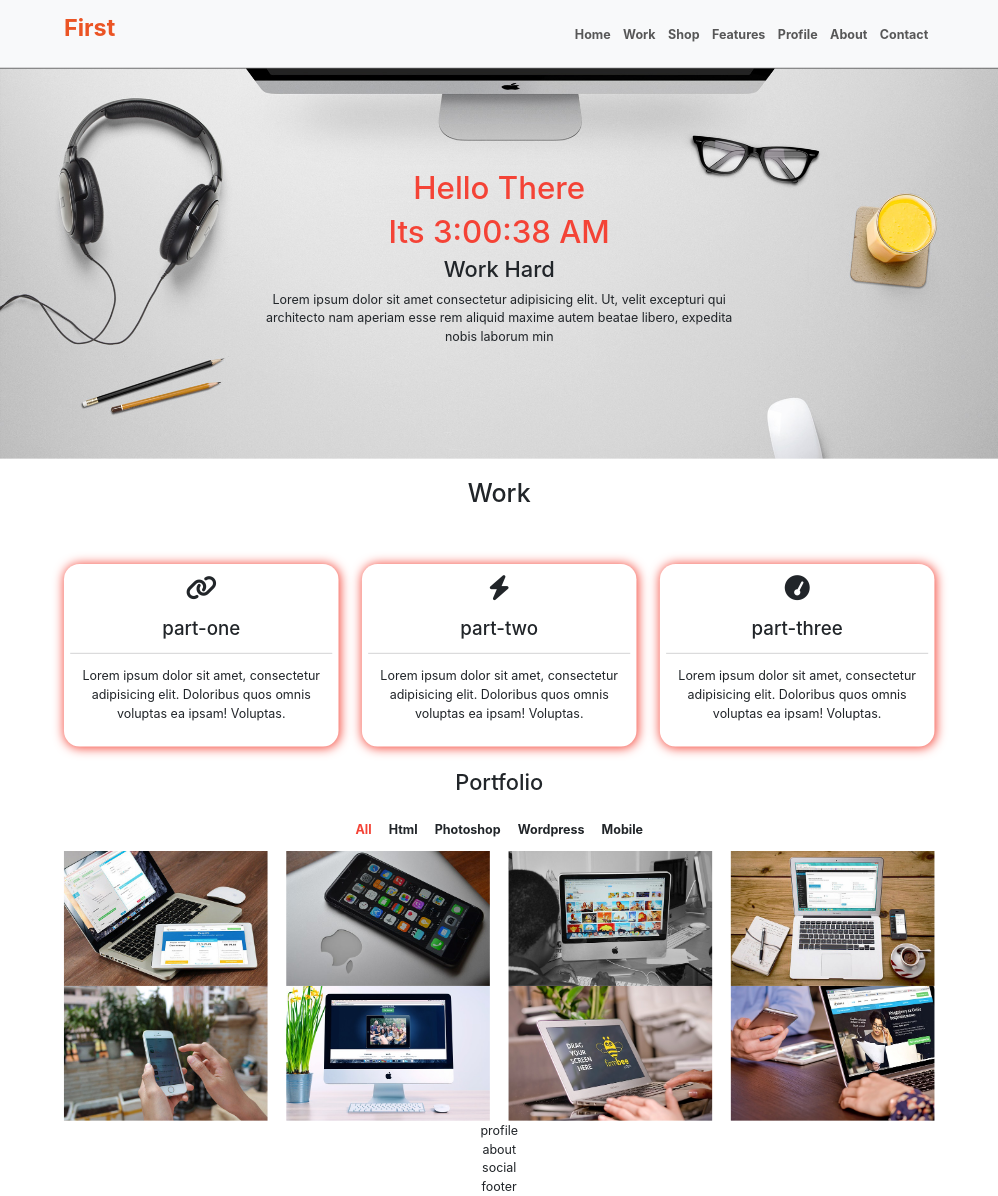
Repository: Hager-h/temple
Page: /
An editor plug-in stored every save of this project. The page is shown before and after the next save, followed by the edit.
The browser window is 1280 px wide. The pictures show the whole page, at 78% of full size.
The project was rebuilt for these pictures with package versions that can differ from the ones it lists, and the page was loaded fresh each time. Also part of the build but not shown: src/components/contact/index.js, src/components/Shop/shop.css, src/components/Shop/Shop.js, src/components/card/card.css, src/components/card/Card.js.

Above is the page before, as saved 2023-07-17 15:31:04.

After the next save:
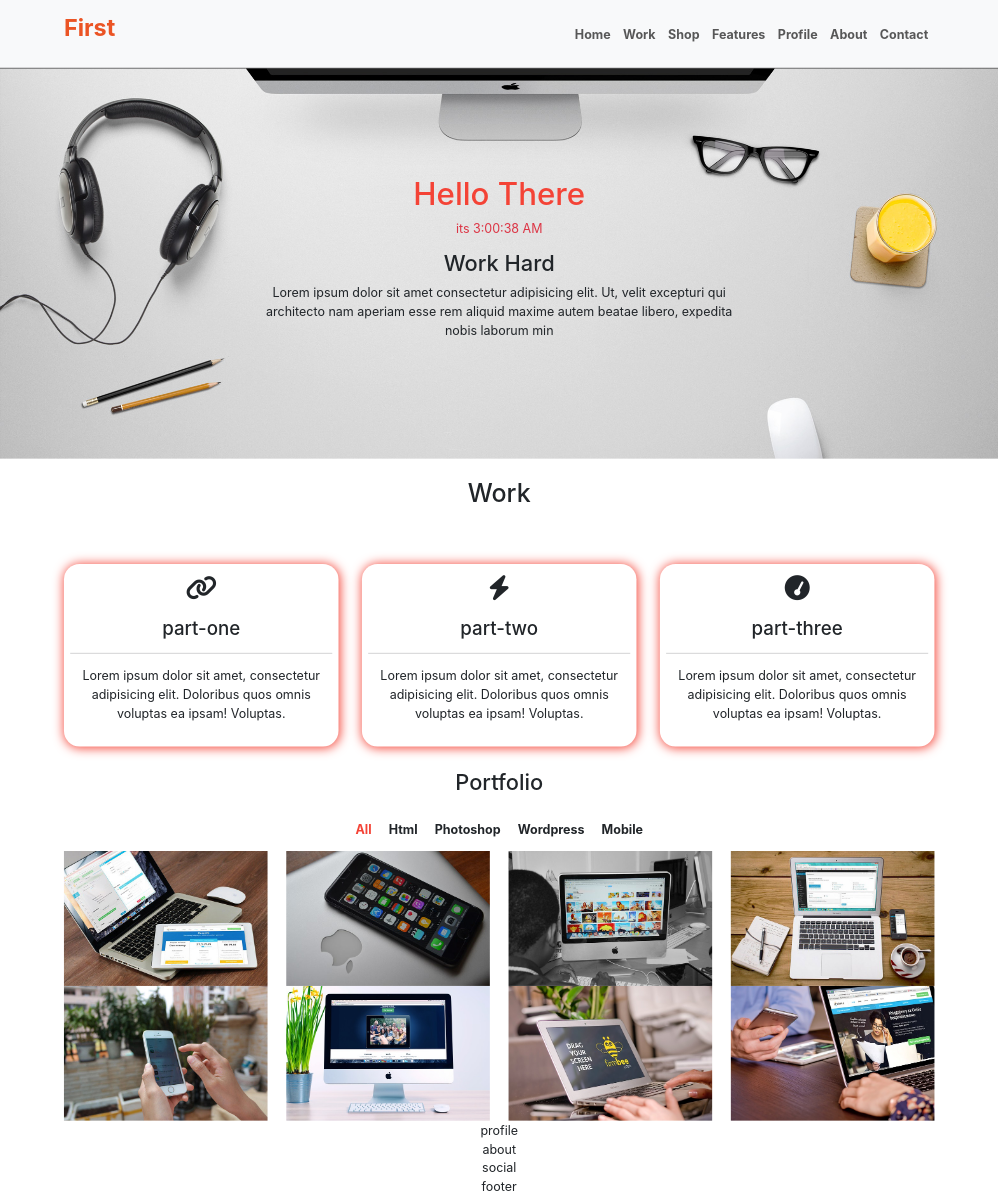
Saved 31 s later.
--- a/src/components/landing/landing.js
+++ b/src/components/landing/landing.js
@@ -15,7 +15,7 @@ export default function Landing() {
 
     <h1>hello there
     </h1>
-              <h1> its {time}</h1>
+              <p className="text-danger"> its {time}</p>
 <h3>work hard </h3>
 <p>Lorem ipsum dolor sit amet consectetur adipisicing elit. Ut, velit excepturi qui architecto nam aperiam esse rem aliquid maxime autem beatae libero, expedita nobis laborum min</p>
 
